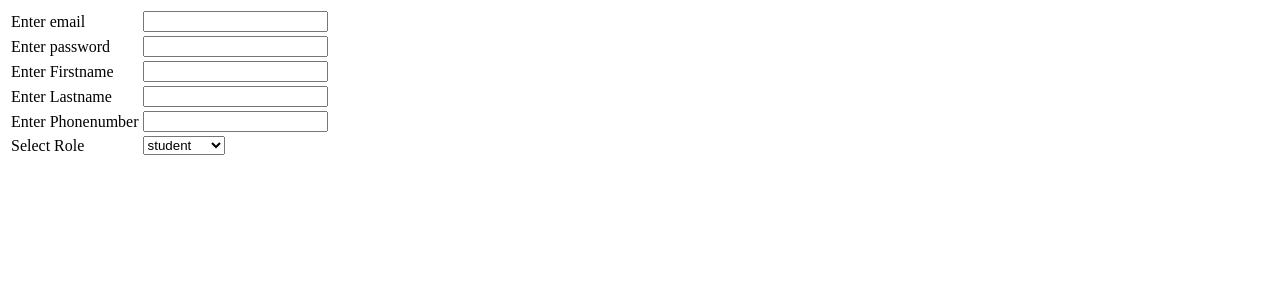
Repository: MilanDobariya/E-Collaboration-Project
Page: E-Collaboration/project2frontend/WebContent/views/registrationform.html
These files come from the project's save history. The page is drawn as it stood at one moment and after the next save; the edit follows.
The browser window is 1280 px wide. The pictures show the whole page.

Above is the page before, as saved 2018-05-31 09:38:46.

After the next save:
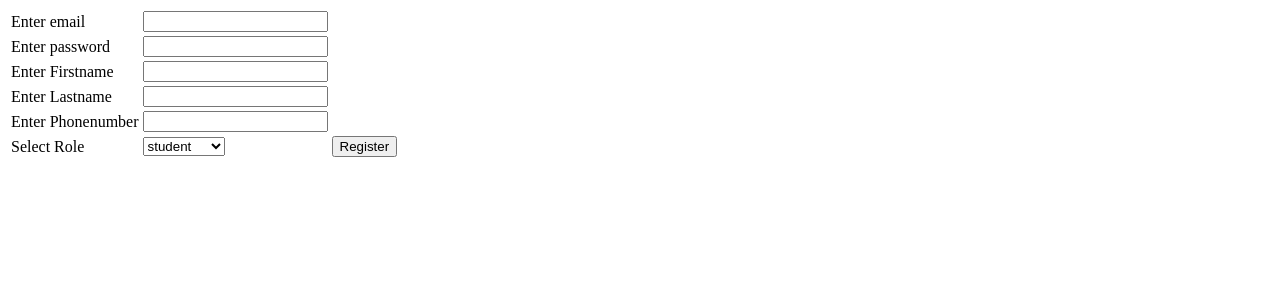
Saved 3 min 32 s later.
--- a/E-Collaboration/project2frontend/WebContent/views/registrationform.html
+++ b/E-Collaboration/project2frontend/WebContent/views/registrationform.html
@@ -30,6 +30,7 @@
 			</select>
 		</td>
 
-	</tr>
 
+<td><input type="submit" value="Register" ng-click="register(user)"></td>
+</tr>
 </table>
